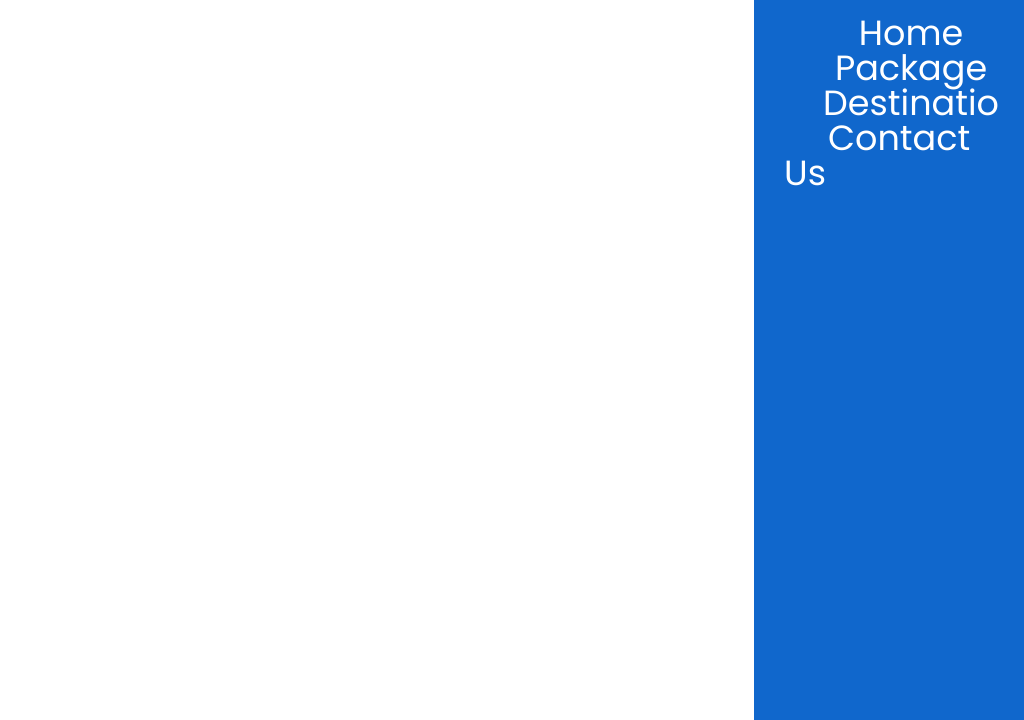
Repository: iamwind-dev/QLTourDuLich
Page: http://localhost/
These files come from the project's save history. The page is drawn as it stood at one moment and after the next save; the edit follows.
The browser window is 1024 px wide. The pictures show the whole page.
Some web fonts or font styles are not loaded; a fallback is used. The page is run by PHP 8.4 with error messages shown; the project is at /var/www/html/.

Above is the page before, as saved 2023-11-06 01:25:13.

### index.php
<!DOCTYPE htmL>
<html>

<head>
    <meta charset="utf-8">
    <meta name="viewport" content="width=device-width, initial-scale=1" > <title>Complete Travel Website Html Css
    </title>
    <link rel="stylesheet" type="text/css" href="./css/style.css">
    <link rel="stylesheet" href="https://unpkg.com/boxicons@latest/css/boxicons.min.css">
    <link rel="preconnect" href="https://fonts-googleapis.com" >
    <link rel="preconnect" href="https://fonts.gstatic.com" crossorigin>
    <link href="https://fonts.googleapis.com/css2?family=Paytone+One&family=Poppins:wght@100;200;300;400;500;600;700;800;900&display=swap" rel="stylesheet">
</head>
<body>
<!-- header -->

<header>
    <a href="#" class="logo">Travel</a>
    <div class="bx bx-menu" id="menu-icon">
        <ul class="navbar">
            <li><a href="#"></a>Home</li>
            <li><a href="#"></a>Package</li>
            <li><a href="#"></a>Destinatio</li>
            <li><a href="#"></a>Contact Us</li>
        </ul>
    </div>
</header>


<!-- link to JS -->
  <script type="text/javascript" src="./js/script.js"></script>
</body>

</html>

### css/style.css
* {
  padding: 0;
  margin: 0;
  box-sizing: border-box;
  font-family: "Poppins", sans-serif;
  text-decoration: none;
  list-style: none;
  scroll-behavior: smooth;
}
:root {
  --bg-color: #fff;
  --text-color: #221314;
  --second-color: #5a7184;
  --main-color: #6e54fa;
  --big-font: 6rem;
  --h2-font: 3rem;
  --p-font: 1.1rem;
}
body {
  background: var(--bg-color);
  color: var(--text-color);
}
header {
  position: fixed;
  top: 0;
  right: 0;
  width: 100%;
  z-index: 1000;
  display: flex;
  align-items: center;
  justify-content: space-between;
  background: transparent;
  padding: 30px 18%;
  transition: ease 0.4s;
}

.logo {
  font-size: 35px;
  font-weight: 600;
  letter-spacing: 1px;
  color: var(--bg-color);
}

.navbar {
  display: flex;
}

.navbar a {
  color: var(--bg-color);
  font-size: var(--p-font);
  font-weight: 500;
  padding: 10px 22px;
  border-radius: 4px;
  transition: ease 0.4s;
}

.navbar a:hover {
  background: var(--bg-color);
  color: var(--text-color);
  box-shadow: 5px 10px 30px rgb(85 85 85/20%);
  border-radius: 4px;
}

#menu-icon {
  color: var(--bg-color);
  font-size: 35px;
  z-index: 10001;
  cursor: pointer;
  display: none;
}

section {
  padding: 80px 18%;
}
.home {
  position: relative;
  width: 100%;
  height: 100vh;
  background: url(/img/wallpaperflare.com_wallpaper3.jpg);
  background-size: cover;
  background-position: center;
  display: grid;
  grid-template-columns: repeat(1, 1fr);
  align-items: center;
}
.home-text h1 {
  font-size: var(--big-font);
  line-height: 1.2;
  color: var(--bg-color);
  font-family: "Paytone One", sans-serif;
  letter-spacing: 4px;
  margin-bottom: 20px;
}

.home-text p {
  color: #ffffffbf;
  font-size: 20px;
  font-weight: 400;
  line-height: 38px;
  margin-bottom: 50px;
}
.home-btn {
  display: inline-block;
  font-size: 16px;
  padding: 15px 30px;
  background: #ffffffbf;
  color: var(--main-color);
  border-radius: 4px;
  transition: ease 0.4s;
}
.home-btn:hover {
  background: var(--bg-color);
  transform: scale(1.1);
}
header.sticky {
  background: var(--bg-color);
  padding: 10px 18%;
  box-shadow: rgba(33, 35, 38, 0.1) 0px 10px 10px -10px;
}
.sticky .logo {
  color: var(--text-color);
}
.sticky .navbar a {
  color: var(--text-color);
}
.text h2 {
  font-size: var(--h2-font);
  line-height: 1.1;
}

.row-items {
  display: grid;
  grid-template-columns: repeat(auto-fit, minmax(200px, auto));
  grid-gap: 2rem;
  align-items: center;
  text-align: center;
  margin-top: 5rem;
}
.container-box {
  background: var(--bg-color);
  border: 1px solid #f0eded;
  padding: 50px 10px;
  border-radius: 4px;
  transition: all 1s ease 0s;
  cursor: pointer;
}
.container-img img {
  height: 85px;
  width: 85px;
  padding: 15px;
  background: var(--bg-color);
  box-shadow: 5px 10px 30px rgb(219, 219, 214);
  border-radius: 4px;
  margin-bottom: 15px;
  cursor: pointer;
}
.container-box h4 {
  font-size: 24px;
  font-weight: 600;
  margin-bottom: 8px;
}

.container-box p {
  font-size: 15px;
  color: var(--second-color);
}
.container-box:hover {
  box-shadow: 5px 30px 56.1276px rgb(160, 159, 159);
  border: 1px solid transparent;
  transform: translateY(-3px);
}
.title {
  text-align: center;
}
.title h2 {
  font-size: var(--h2-font);
  line-height: 1.2;
}

.package-content {
  display: grid;
  grid-template-columns: repeat(auto-fit, minmax(200px, auto));
  grid-gap: 2rem;
  align-items: center;
  margin-top: 5rem;
}
.thum {
  position: relative;
  transition: all 0.3s cubic-bezier(0.445, 0.05, 0.55.95);
  will-change: filter;
  cursor: pointer;
}
.thum img {
  width: 100%;
  height: 500;
  object-fit: cover;
  border-radius: 15px;
  filter: brightness(80%);
  transition: all 0.3s cubic-bezier(0.495, 0.05, 0.55, 0.95);
  will-change: filter;
}

.thum h3 {
  position: absolute;
  font-size: 25px;
  font-weight: 600;
  text-align: right;
  color: var(--bg-color);
  top: 20px;
  right: 20px;
}
.dest-content {
  display: flex;
  flex-wrap: wrap;
  align-items: center;
  justify-content: space-between;
  padding-top: 24px;
}

.stars i {
  color: var(--main-color);
  font-size: 20px;
}

.location h4 {
  font-size: 24px;
  font-weight: 600;
  margin-bottom: 8px;
}

.location p {
  font-size: 15px;
  color: var(--second-color);
}

.thum img:hover {
  filter: brightness(80%);
  transform: scale(1.04);
}
.destination-content {
  display: grid;
  grid-template-columns: repeat(auto-fit, minmax(250px, auto));
  grid-gap: 2rem;
  align-items: center;
  margin-top: 5rem;
}
.col-content {
  position: relative;
}
.col-content img {
  width: 100%;
  height: 500;
  object-fit: cover;
  border-radius: 15px;
  filter: brightness(80%);
  transition: all 0.3s cubic-bezier(0.495, 0.05, 0.55, 0.95);
  will-change: filter;
}

.col-content h5 {
  position: absolute;
  font-size: 22px;
  font-weight: 500;
  color: var(--bg-color);
  left: 15px;
  bottom: 60px;
}

.col-content p {
  position: absolute;
  font-size: 15px;
  color: var(--bg-color);
  left: 15px;
  bottom: 30px;
  letter-spacing: 2px;
}

.col-content img:hover {
  filter: brightness(80%);
  transform: scale(1.04);
  cursor: pointer;
}
.newsletter {
  display: flex;
  flex-wrap: wrap;
  align-items: center;
  justify-content: space-between;
  grid-gap: 3rem;
}
.news-text h2 {
  font-size: var(--h2-font);
  margin-bottom: 5px;
}
.news-text p {
  font-size: var(--p-font);
  color: var(--second-color);
  line-height: 30px;
}
.newsletter form {
  max-width: 100%;
  width: 450px;
  position: relative;
}
.newsletter form input:first-child {
  display: inline-block;
  width: 100%;
  padding: 20px 150px 20px 30px;
  box-shadow: 5px 10px 30px rgb(219, 219, 214);
  outline: none;
  border: none;
  border-radius: 15px;
}
.newsletter form input:last-child {
  display: inline-block;
  position: absolute;
  outline: none;
  border: none;
  padding: 14px 30px;
  border-radius: 15px;
  background: var(--main-color);
  color: var(--bg-color);
  top: 6px;
  right: 6px;
  cursor: pointer;
}

#contact {
  background: var(--main-color);
}

.main {
  display: flex;
  flex-wrap: wrap;
}
.footer {
  padding: 20px 0;
}
.list {
  width: 25%;
}
.list h4 {
  font-size: 21px;
  color: var(--bg-color);
  margin-bottom: 30px;
  position: relative;
}
.list h4::before {
  content: "";
  position: absolute;
  height: 2px;
  width: 60px;
  left: 0;
  bottom: -10px;
  background: var(--bg-color);
}
.list ul li:not(last-child) {
  margin-bottom: 16px;
}
.list ul li a {
  color: #ffffffbf;
  font-size: var(--p-font);
  display: block;
  transition: 0.3s;
}

.list ul li a:hover {
  color: var(--bg-color);
  transform: translateX(14px);
}
.list .social a {
  height: 40px;
  width: 40px;
  background: var(--bg-color);
  color: var(--main-color);
  display: inline-flex;
  align-items: center;
  justify-content: center;
  font-size: 21px;
  border-radius: 15px;
  transition: 0.3s;
}

.list .social a:hover {
  transform: scale(1.1);
}
.end-text {
  text-align: center;
  padding-top: 90px;
}

.end-text p {
  color: var(--bg-color);
  font-size: 14px;
  letter-spacing: 2px;
}

@media (max-width: 1400px) {
  header {
    padding: 17px 3%;
    transition: 0.2s;
  }
  header.sticky {
    padding: 10px 3%;
    transition: 0.2s;
  }
  section {
    padding: 80px 3%;
    transition: 0.2s;
  }
  :root {
    --big-font: 4.5rem;
    --h2-font: 2.3rem;
    --p-font: 1rem;
    transition: 0.2s;
  }
}
@media (max-width: 1040px) {
  #menu-icon {
    display: block;
  }
  .stick #menu-icon {
    color: var(--text-color);
  }
  .home {
    height: 88vh;
  }
  .navbar {
    position: absolute;
    top: 0;
    right: 0;
    width: 270px;
    height: 120vh;
    background: #1067cc;
    display: flex;
    flex-direction: column;
    align-items: center;
    padding:15px 30px;
    transition: 0.5s all;
  }
}

### js/script.js
const header = document.querySelector("header");

window.addEventListener("scroll", function () {
    header.classList.toggle("sticky", window.scrollY>0);
})

After the next save:
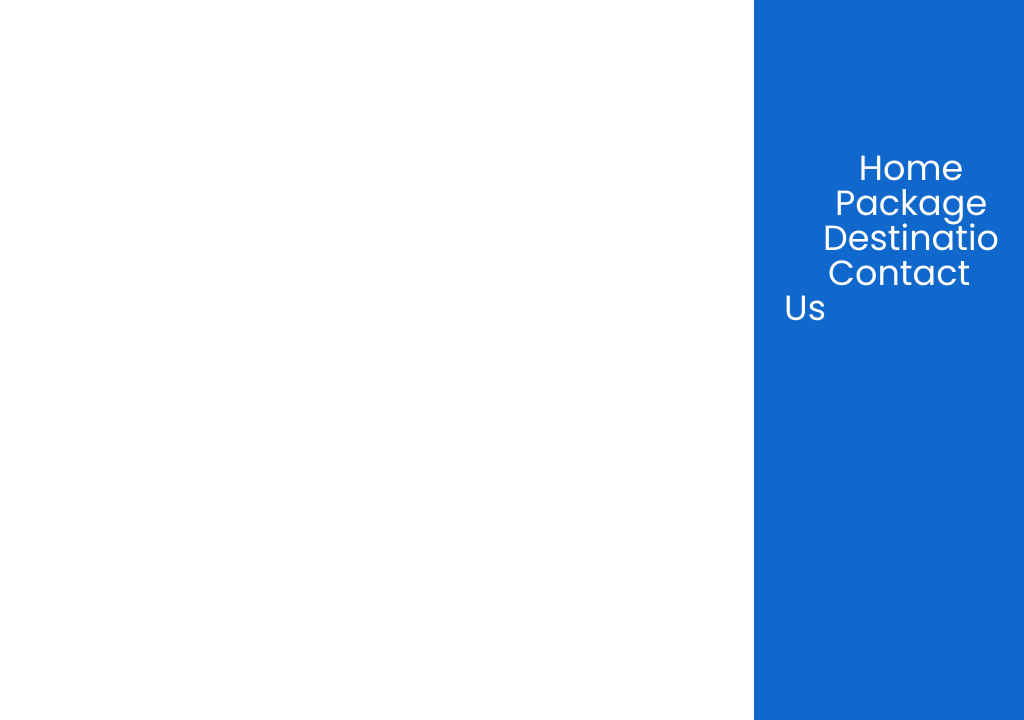
Saved 28 s later.
--- a/css/style.css
+++ b/css/style.css
@@ -434,7 +434,7 @@ header.sticky {
     display: flex;
     flex-direction: column;
     align-items: center;
-    padding:15px 30px;
+    padding:150px 30px;
     transition: 0.5s all;
   }
 }
